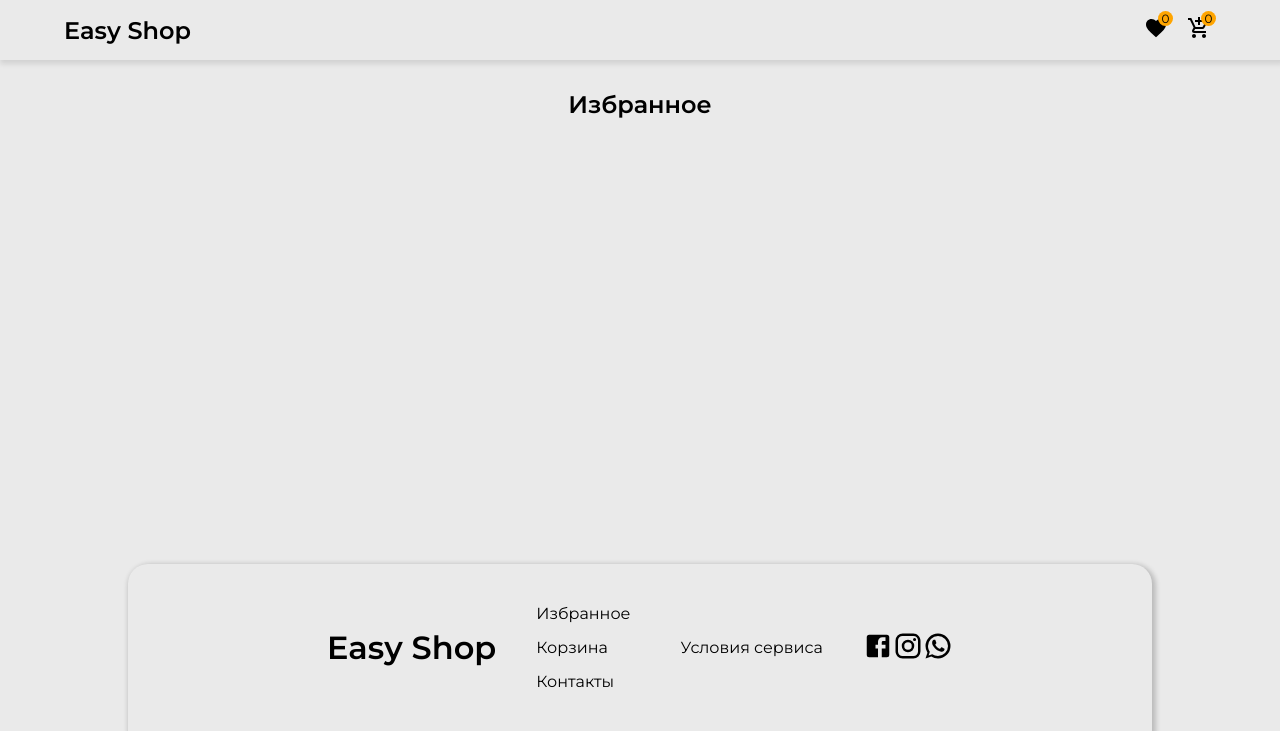
Repository: Nurlan-Bakenbaev/Easy-Shop-Firebase
Page: /favorites
These files come from the project's save history. The page is drawn as it stood at one moment and after a run of saves; the edit follows.
The browser window is 1280 px wide. The pictures show the whole page.
The project was rebuilt for these pictures with package versions that can differ from the ones it lists, and the page was loaded fresh each time. Also part of the build but not shown: vite.config.js, src/components/banner/Banner.css, src/components/banner/Banner.jsx, src/components/Card.css, src/components/Card.jsx, src/config/firebase.js, src/components/pages/Home.jsx, src/components/pages/TermsOfUse.jsx and 11 more.

Above is the page before, as saved 2023-08-16 22:19:58.

### index.html
<!doctype html>
<html lang="en">
  <head>
    <meta charset="UTF-8" />
    <link rel="icon" href="https://firebasestorage.googleapis.com/v0/b/kleinerladen-6644f.appspot.com/o/icons8-gescha%CC%88ft-48.png?alt=media&token=b65c329f-4ff2-43c8-be87-2ec025365196" >
    <link rel="preconnect" href="https://fonts.googleapis.com">
    <link rel="preconnect" href="https://fonts.gstatic.com" crossorigin>
    <link href="https://fonts.googleapis.com/css2?family=Montserrat:wght@400;600&display=swap" rel="stylesheet">
    <link rel="preconnect" href="https://fonts.googleapis.com">
<link rel="preconnect" href="https://fonts.gstatic.com" crossorigin>
<link href="https://fonts.googleapis.com/css2?family=Poppins:wght@300;600&display=swap" rel="stylesheet">
    <link rel="icon" type="image/svg+xml" href="/vite.svg" />
    <meta name="viewport" content="width=device-width, initial-scale=1.0" />
    <title>Small Shop</title>
  </head>
  <body>
    <div id="root"></div>
    <script type="module" src="/src/main.jsx"></script>
  </body>
</html>

### src/main.jsx
import React from "react";
import ReactDOM from "react-dom/client";
import App from "./App.jsx";
import "./index.css";

ReactDOM.createRoot(document.getElementById("root")).render(
  <React.StrictMode>

      <App />
  </React.StrictMode>
);

### src/App.jsx
import Navbar from "./components/navbar/Navbar";
import "./App.css";
import Home from "./components/pages/Home";
import { BrowserRouter, Routes, Route, json } from "react-router-dom";
import Footer from "./components/footer/Footer";
import Favorites from "./components/pages/Favorites";
import TermsOfUse from "./components/pages/TermsOfUse";
import Contacs from "./components/pages/Contacs";
import { useState, useEffect } from "react";
import AboutProduct from "./components/pages/AboutPage/AboutProduct";
import Cart from "./components/pages/CartPage/Cart";
import Order from "./components/pages/VerifyingOrder/Order";

function App() {
  const [favorite, setFavorite] = useState([]);
  const [cartItem, setCartItem] = useState([]);

  const handleAddToCart = (item) => {
    const existItem = cartItem.find((el) => el.id === item.id);
    if (existItem) {
      const updatedCart = cartItem.map((el) =>
        el.id === item.id ? { ...el, total: el.total + 1 } : el
      );
      setCartItem(updatedCart);
      localStorage.setItem("products", JSON.stringify(updatedCart));
    } else {
      const newItem = { ...item, total: 1 };
      setCartItem([...cartItem, newItem]);
    }
  };
  const removeFromToCart = (item) => {
    const existItem = cartItem.find((el) => el.id === item.id);
    if (existItem) {
      const updatedCart = cartItem.map((el) =>
        el.id === item.id ? { ...el, total: Math.max(1, el.total - 1) } : el
      );
      setCartItem(updatedCart);
      localStorage.setItem("products", JSON.stringify(updatedCart));
    } else {
      const newItem = { ...item, total: 1 };
      setCartItem([...cartItem, newItem]);
    }
  };
  useEffect(() => {
    const local = JSON.parse(localStorage.getItem("products"));
    if (local) {
      setCartItem(local);
    }
  }, []);
  const deleteItemfromCart = (item) => {
    const newProduct = cartItem.filter((el) => el.id !== item.id);
    localStorage.setItem("products", JSON.stringify(newProduct));
    setCartItem(newProduct);
  };

  const handleFavorite = (fav) => {
    const newFavorite = favorite.filter((el) => el.name !== fav.name);
    localStorage.setItem("favorite", JSON.stringify(newFavorite));
    setFavorite(newFavorite);
  };

  function handleClick(item) {
    let isPresent = false;
    favorite.forEach((product) => {
      if (item.name === product.name) isPresent = true;
    });
    if (isPresent) return;
    localStorage.setItem("favorite", JSON.stringify(favorite));
    setFavorite([...favorite, item]);
  }
  useEffect(() => {
    const favorits = JSON.parse(localStorage.getItem("favorite"));
    if (favorits) {
      setFavorite(favorits);
    }
  }, []);
  return (
    <>
      <BrowserRouter>
        <Navbar size={favorite.length} items={cartItem} />
        <div className="container">
          <Routes>
            <Route
              path="/"
              element={
                <Home
                  handleClick={handleClick}
                  handleFavorite={handleFavorite}
                  favorite={favorite}
                />
              }
            />
            <Route
              path="/favorites"
              element={
                <Favorites
                  favorite={favorite}
                  handleFavorite={handleFavorite}
                />
              }
            />
            <Route path="/terms" element={<TermsOfUse />} />
            <Route path="/contacs" element={<Contacs />} />
            <Route
              path="/aboutproduct/:id"
              element={<AboutProduct handleAddToCart={handleAddToCart} />}
            />
            <Route
              path="/cart"
              element={
                <Cart
                  cartItem={cartItem}
                  deleteItemfromCart={deleteItemfromCart}
                  removeFromToCart={removeFromToCart}
                  handleAddToCart={handleAddToCart}
                />
              }
            />
            <Route path="/orderpage" element={<Order cartItem={cartItem} />} />
          </Routes>
        </div>
        <Footer />
      </BrowserRouter>
    </>
  );
}

export default App;

### src/index.css
*{
    padding: 0;
    margin: 0;
    box-sizing: border-box;
    font-family: 'Montserrat', sans-serif;

}
body{
    background-color: #EAEAEA;
}
.container{
    width: 90%;
    margin: 0 auto;
    min-height: 70vh;
}
a{
    text-decoration: none;
    color: black;
    cursor: pointer;
}
li{
    list-style-type:none;
}
iframe{
    border: none;
}
@media (max-width:320px){
    .container{
        width: 100%;
        padding: 15px;
      }
      .terms {
        margin: 10px;
        gap: 20px;
      }
}

### src/components/navbar/Navbar.jsx
import React from "react";
import "./Navbar.css";
import FavoriteIcon from "@mui/icons-material/Favorite";
import AddShoppingCartIcon from "@mui/icons-material/AddShoppingCart";
import { Link } from "react-router-dom";
const Navbar = ({ size,items }) => {

  const totalQuantity = items.reduce((total, item) => total + item.total, 0);
  return (
    <>
      <header>
        <nav>
          <div className="left-nav dflex">
            <Link to={"/"}>
              <h2>Easy Shop</h2>
            </Link>

            {/* <select id="choose Phone">
              <option value="iphone-13">Выбрать модель</option>
              <option value="iphone-13-pro">iPhone 13 Pro</option>
              <option value="iphone-13-mini">iPhone 13 Mini</option>
              <option value="iphone-se-2022">iPhone SE </option>
              <option value="iphone-se-plus">iPhone SE Plus</option>
            </select> */}
          </div>
          <div className="right-nav dflex">
            <div className="favotite-icon">
              <Link to={"/favorites"}>
                <FavoriteIcon />
                <span>{size}</span>
              </Link>
            </div>
            <div className="cart-icon">
              <Link to={'/cart'}>
                <AddShoppingCartIcon />
              </Link>
              <span>{totalQuantity}</span>
            </div>
          </div>
        </nav>
      </header>
    </>
  );
};

export default Navbar;

### src/App.css
.headPhones,
.wireless,
.favorite-card {
  display: flex;
  flex-direction: row;
  justify-content: center;
  gap: 35px;
  flex-wrap: wrap;
  margin-bottom: 50px;
}
.favorite {
  padding: 30px;
  display: flex;
  align-items: center;
  justify-content: center;
  flex-direction: column;
}
.fav__card-item {
  display: flex;
  flex-direction: column;
  align-items: center;
}
.fav__card-item button {
  padding: 10px 25px;
  margin: 20px;
  display: flex;
  align-items: center;
  background-color: black;
  color: white;
  cursor: pointer;
  transition:background-color 0.3s ease-in ;
  transition: scale 2s;
  border: none;
  outline: none;
}
.fav__card-item button:hover{
background-color:red;
transform: scale(1.05);
}
.terms {
  display: flex;
  flex-direction: column;
  align-items: center;
  justify-content: center;
  margin: 50px;
  gap: 30px;
}

.contacs {
  border: 1px solid white;
  box-shadow: 2px 2px 5px 2px rgba(0, 0, 0, 0.3);
  border-radius: 20px;
  align-items: center;
  justify-content: center;
  padding: 30px;
  display: flex;
  flex-direction: column;
  gap: 5px;
  margin-top: 30px;
  margin-bottom: 80px;
}
.contacs iframe{
  width: 100%;
  height: 60vh;
  border: none;
}
.contacs-map{
  display: grid;
  grid-template-columns: 4fr 2fr;
  justify-content: center;
  align-items: center;
  margin-bottom: 50px;
}
.contact-social-media{
  padding: 50px;
  display: flex;
  flex-direction: column;
  gap: 20px;
}
 .contact-social-media svg{
  width: 100px;
  height: 100px;
  background-color: rgb(255, 255, 255);
  padding: 20px;
  border-radius: 20px;
}
@media(max-width:320px){
  .contacs-map{
    display: flex;
    flex-direction: column;
    margin-bottom: 15px;
  }
  .contact-social-media{
    padding: 10px;
    display: flex;
    flex-direction: row;
    gap: 10px;
  }
  .contact-social-media svg{
    width: 70px;
    height: 70px;
    background-color: rgb(255, 255, 255);
    padding: 5px;
    border-radius: 20px;
  }
  .contacs {
    margin-bottom: 10px;
  }

}

### src/components/footer/Footer.jsx
import React from "react";
import FacebookIcon from "@mui/icons-material/Facebook";
import InstagramIcon from "@mui/icons-material/Instagram";
import WhatsAppIcon from "@mui/icons-material/WhatsApp";
import { Link } from "react-router-dom";
import "./Footer.css";
const Footer = () => {
  return (
    <footer className="footer ">
      <div>
        <Link to={"/"}>
          <h1>Easy Shop</h1>
        </Link>
      </div>
      <div>
        <ul>
          <Link to={"/favorites"}>
            {" "}
            <li>Избранное</li>
          </Link>

          <li>
            <Link to={"/cart"}>Корзина</Link>
          </li>
          <Link to={"/contacs"}>
            <li>Контакты</li>
          </Link>
        </ul>
      </div>
      <div>
        <Link to={"/terms"}>
          <p style={{ padding: "10px", borderRadius: "20px" }}>
            Условия сервиса
          </p>
        </Link>
      </div>
      <div className="social-media">
        <FacebookIcon />
        <InstagramIcon />
        <WhatsAppIcon />
      </div>
    </footer>
  );
};

export default Footer;

### src/components/pages/Favorites.jsx
import React from "react";
import "../../App.css";
import Card from "../Card";

const Favorites = ({ favorite, handleClick, handleFavorite }) => {
  return (
    <div className="favorite">
      <h2 style={{textAlign:'center'}}>Избранное</h2>
      <div className="favorite-card">
        {favorite.map((fav, key) => {
          return (
            <div className="fav__card-item" key={key}>
              <Card
                link={fav.id}
                favorite={favorite}
                handleClick={handleClick}
                img={fav.img}
                name={fav.name}
                newPrice={fav.newPrice}
                rating={fav.rating}
              />
              <button onClick={() => handleFavorite(fav)}>Delete</button>
            </div>
          );
        })}
      </div>
    </div>
  );
};

export default Favorites;

### src/components/navbar/Navbar.css
header {
  box-shadow: 2px 2px 5px 2px rgba(0, 0, 0, 0.1);
  position: sticky;
  top: 0;
  z-index: 999;
  background: #eaeaea;
}
/* select{
 background-color: transparent;
} */
nav {
  display: flex;
  flex-direction: row;
  justify-content: space-between;
  align-items: center;
  height: 60px;
  width: 90%;
  margin: 0 auto;
}
.dflex {
  display: flex;
  flex-direction: row;
  gap: 5px;
  align-items: center;
}
select {
  border: none;
  margin-left: 20px;
  outline: none;
}
.right-nav {
  gap: 20px;
  cursor: pointer;
}
.favotite-icon,
.cart-icon {
  position: relative;
  height: 39px;
  width: 35px;
  display: flex;
  justify-content: center;
  align-items: center;
  animation-duration: 0.5s;
  animation-fill-mode: both;
}
.favotite-icon:hover,
.cart-icon:hover {
  animation-name: shake;
}
@keyframes shake {
  0% {
    transform: translateX(0);
  }
  20% {
    transform: translateX(-2px);
  }
  40% {
    transform: translateX(2px);
  }
  60% {
    transform: translateX(-2px);
  }
  80% {
    transform: translateX(2px);
  }
  100% {
    transform: translateX(0);
  }
}
.right-nav span {
  position: absolute;
  top: 0;
  right: 0;
  font-size: 12px;
  background-color: orange;
  width: 15px;
  height: 15px;
  border-radius: 50%;
  display: flex;
  justify-content: center;
  align-items: center;
}

### src/components/footer/Footer.css
.dflex {
  display: flex;
  flex-direction: row;
  align-items: center;
  gap: 8px;
}
footer {
  display: flex;
  justify-content: center;
  gap: 30px;
  align-items: center;
  border-top-left-radius: 20px;
  border-top-right-radius: 20px;
  box-shadow: 2px 2px 5px 2px rgba(0, 0, 0, 0.2);
  padding: 30px;
  position: relative;
  bottom: 0;
  left: 0;
  right: 0;
  width: 80%;
  margin: 0 auto;
  transition: background-color 0.3s ease-in;
}
footer:hover {
  background-color: white;
}
footer li {
  margin: 5px;
  padding: 5px;
  transition: background-color 0.5s ease;
  border-radius: 20px;
}
footer li:hover{
  background-color: rgb(223, 145, 0);
}
.social-media svg {
  font-size: 30px;
}
@media (max-width: 320px) {
  .footer {
  display: flex;
  flex-direction: column;
  width: 100%;
  text-align: center;
  }
  footer li {
    margin: 13px;
    padding: 8px;
  }
}

After the next 2 saves:
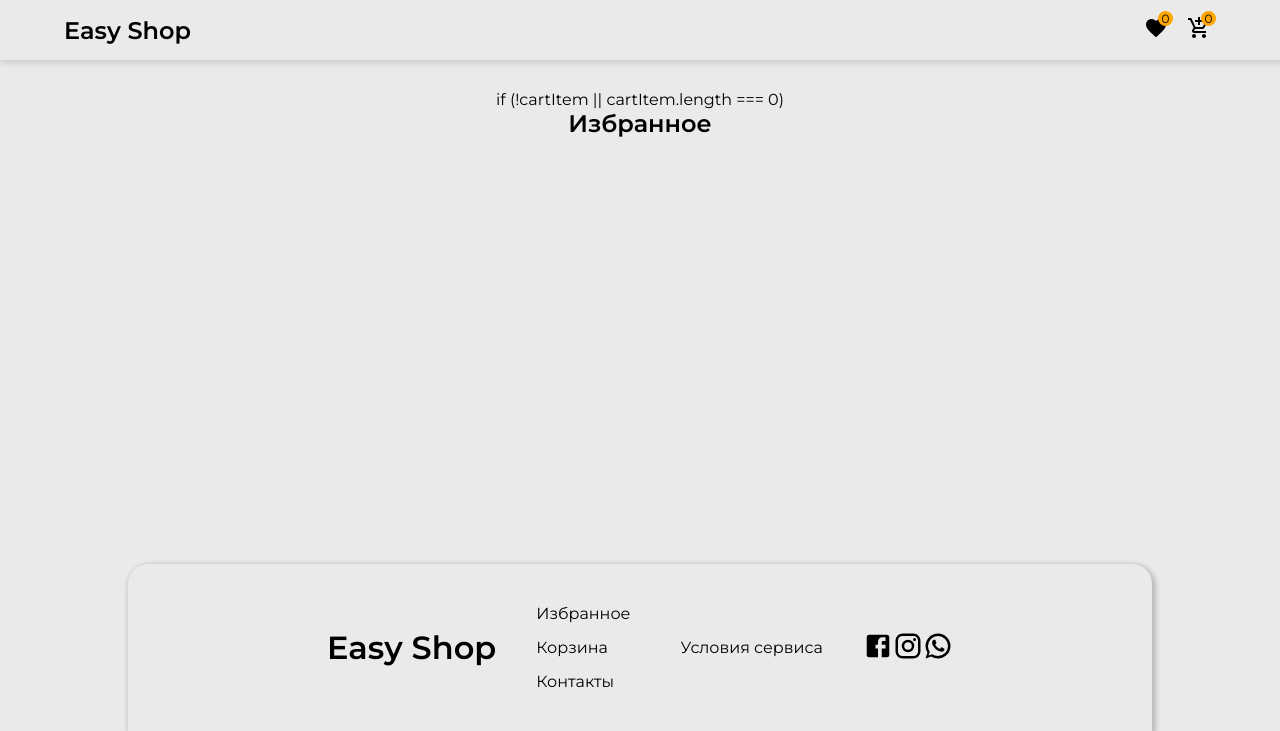
The 2 saves are shown as one change because they came seconds apart.
The last was saved 2 min 0 s later.
--- a/src/components/pages/Favorites.jsx
+++ b/src/components/pages/Favorites.jsx
@@ -5,6 +5,7 @@
 const Favorites = ({ favorite, handleClick, handleFavorite }) => {
   return (
     <div className="favorite">
+       if (!cartItem || cartItem.length === 0)
       <h2 style={{textAlign:'center'}}>Избранное</h2>
       <div className="favorite-card">
         {favorite.map((fav, key) => {

After the 5 saves that followed:
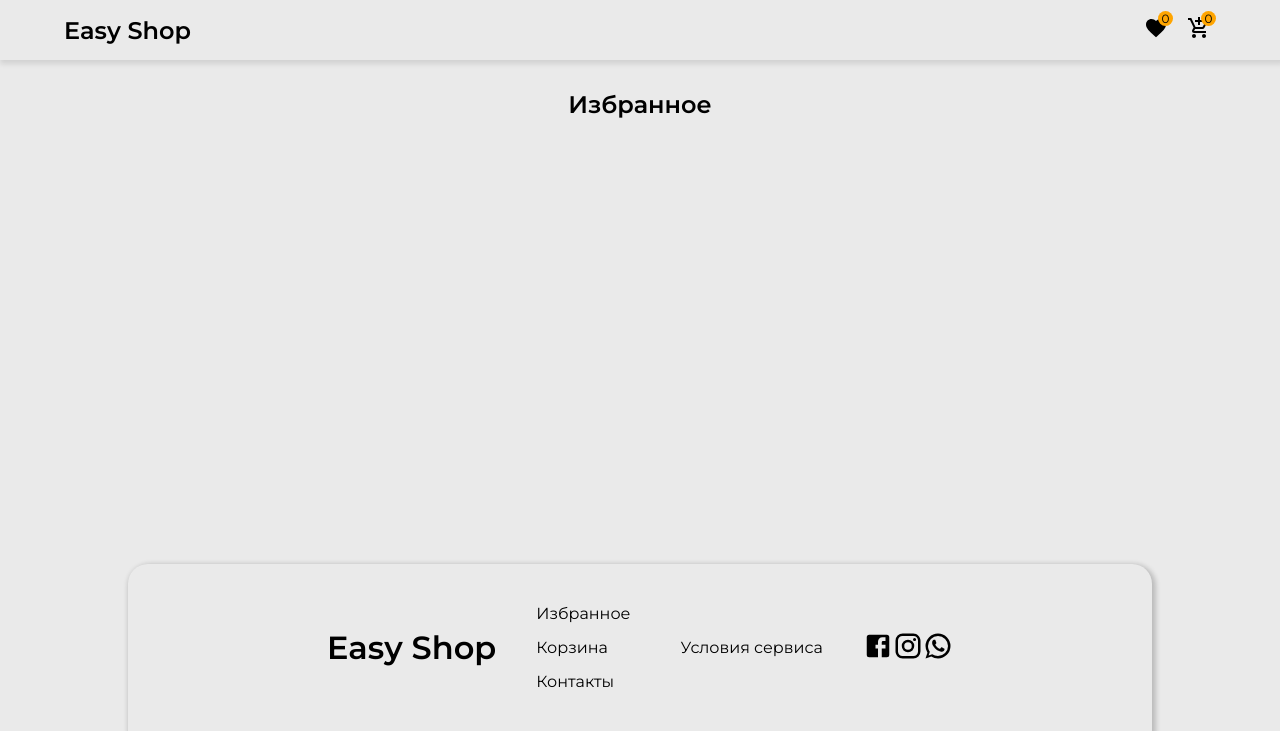
The 5 saves are shown as one change because 2 did not build or start and some came seconds apart.
The last was saved 44 s later.
--- a/src/components/pages/Favorites.jsx
+++ b/src/components/pages/Favorites.jsx
@@ -5,7 +5,6 @@
 const Favorites = ({ favorite, handleClick, handleFavorite }) => {
   return (
     <div className="favorite">
-       if (!cartItem || cartItem.length === 0)
       <h2 style={{textAlign:'center'}}>Избранное</h2>
       <div className="favorite-card">
         {favorite.map((fav, key) => {
